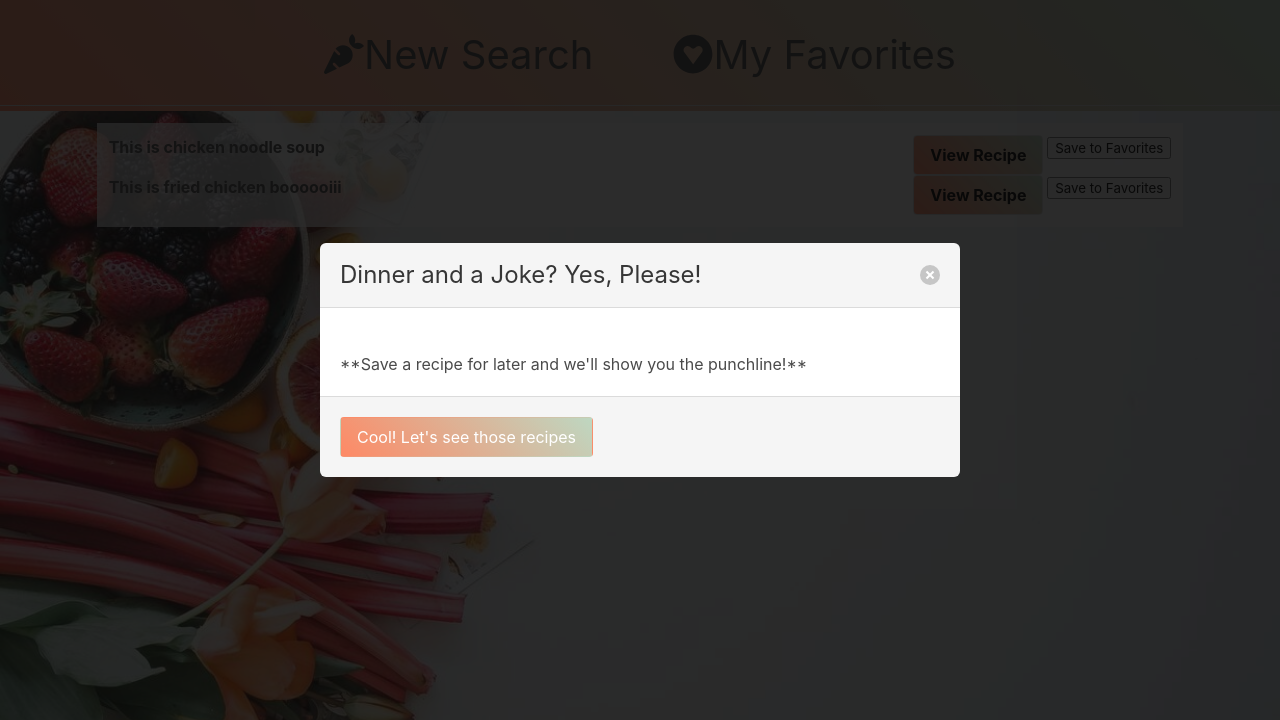
Repository: puakehaulani/the-hungry-app-proj1
Page: results.html
An editor plug-in stored every save of this project. The page is shown before and after the next save, followed by the edit.
The browser window is 1280 px wide. The pictures show the window.
The page's requests for data from a server got no answer. A layer covers the whole window, so only the first screen is drawn. Some web libraries are served in a nearby version.

Above is the page before, as saved 2020-10-17 12:52:53.

After the next save:
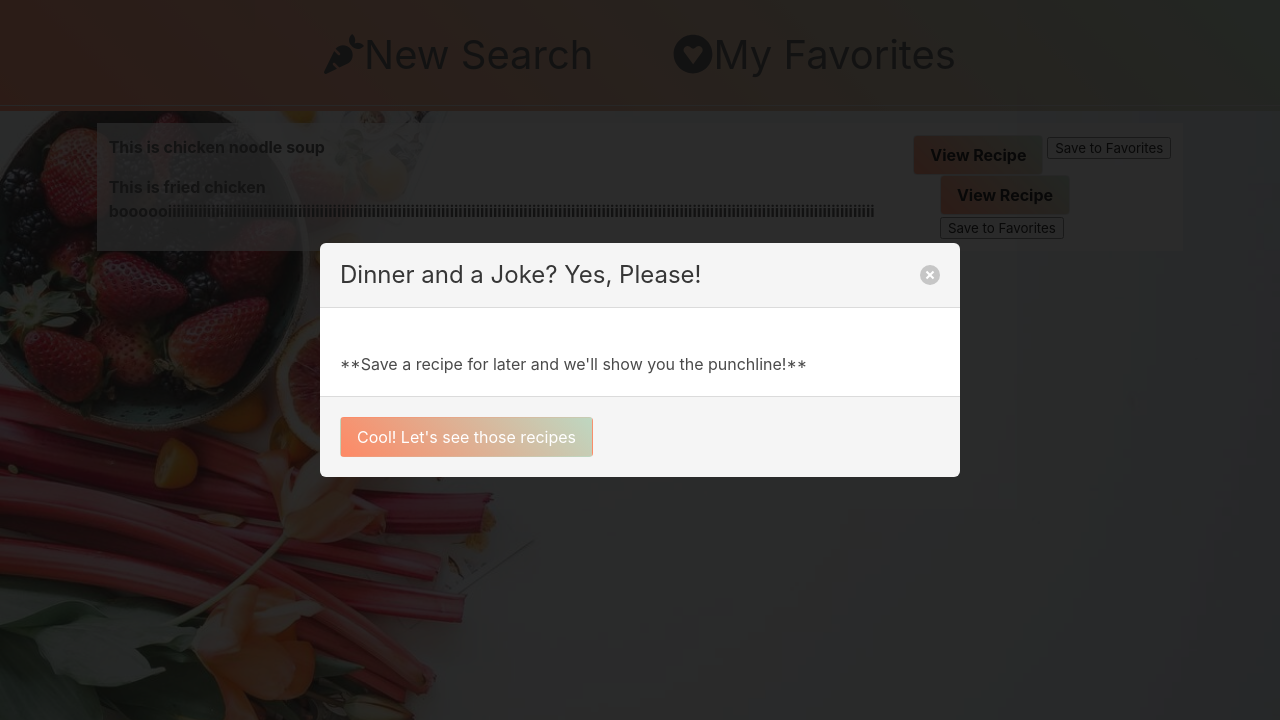
Saved 34 s later.
--- a/results.html
+++ b/results.html
@@ -43,7 +43,7 @@
                     </div>
                 </li>
                 <li>
-                    This is fried chicken boooooiii
+                    This is fried chicken boooooiiiiiiiiiiiiiiiiiiiiiiiiiiiiiiiiiiiiiiiiiiiiiiiiiiiiiiiiiiiiiiiiiiiiiiiiiiiiiiiiiiiiiiiiiiiiiiiiiiiiiiiiiiiiiiiiiiiiiiiiiiiiiiiiiiiiiiiiiiiiiiiiiiiiiiiiiiiiiiiiiii
                     <div>
                         <a href="" class="button is-inverted is-outlined">View Recipe</a>
                         <button class="saveBtn is-inverted is-outlined">Save to Favorites</button>
